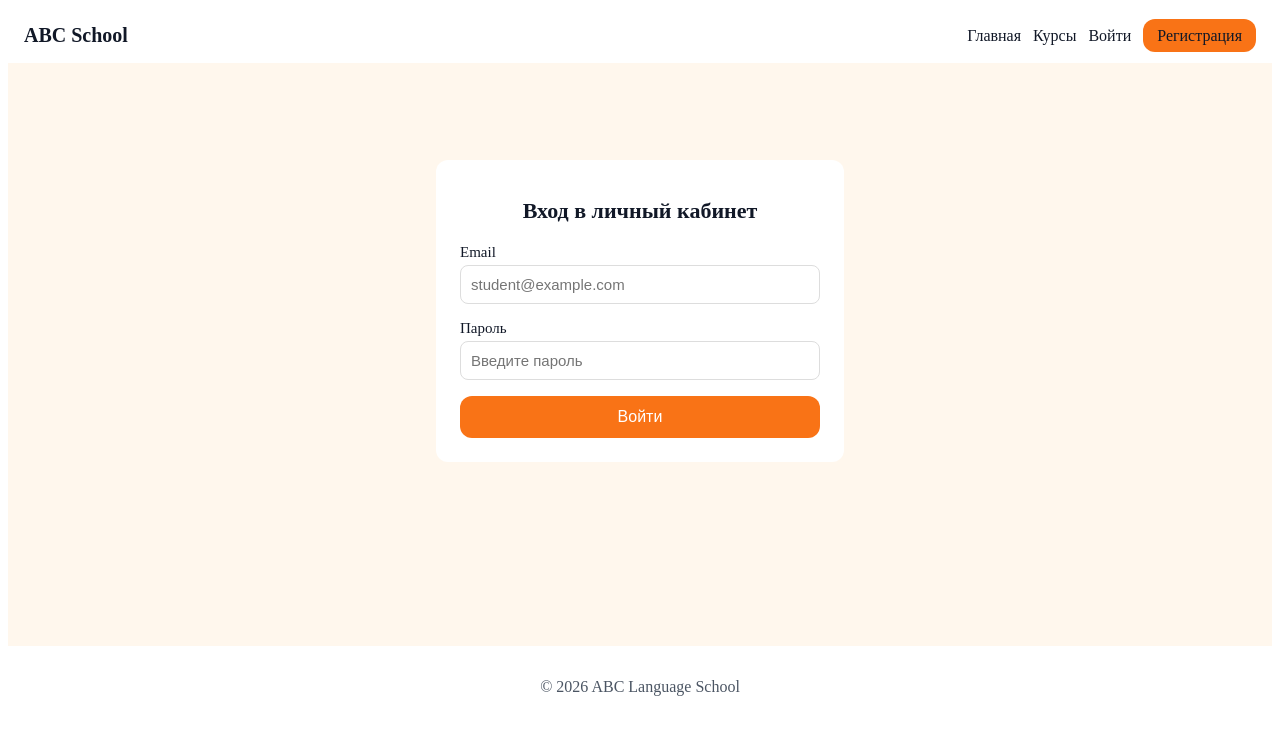
Repository: vidergooold/abc-language-school
Page: /login (app in frontend/)
The author's editor kept a copy of each file at every save. The page is drawn from the files as they stood at one save, then again after the next save.
The browser window is 1280 px wide. The pictures show the whole page.
The project was rebuilt for these pictures with package versions that can differ from the ones it lists, and the page was loaded fresh each time. Also part of the build but not shown: frontend/vite.config.ts, frontend/src/components/ui/BaseButton.vue, frontend/src/stores/enrollment.ts, frontend/src/components/home/LeadForm.vue, frontend/src/components/home/HeroSection.vue, frontend/src/components/home/StatsBlock.vue, frontend/src/components/home/CoursesPreview.vue, frontend/src/pages/Home.vue and 8 more.

Above is the page before, as saved 2026-01-10 19:01:40.

### frontend/src/main.ts
import { createApp } from 'vue'
import App from './App.vue'
import router from './router'
import './styles/theme.css'

import { createPinia } from 'pinia'

const pinia = createPinia()

createApp(App)
  .use(router)
  .use(pinia)
  .mount('#app')

### frontend/src/App.vue
<template>
  <div class="app">
    <Header />
    <main class="app-main">
      <router-view />
    </main>
    <Footer />
    <ScrollToTop />
  </div>
</template>

<script setup lang="ts">
import Header from './components/layout/Header.vue'
import Footer from './components/layout/Footer.vue'
import ScrollToTop from './components/ui/ScrollToTop.vue'
</script>

<style scoped>
.app {
  min-height: 100vh;
  display: flex;
  flex-direction: column;
  background: var(--bg-main);
  color: var(--text-main);
  font-size: var(--font-size-base);
}

.app-main {
  flex: 1;
  padding: 16px;
}
</style>

### frontend/src/router/index.ts
import { createRouter, createWebHistory } from 'vue-router'

import Home from '@/pages/Home.vue'
import Courses from '@/pages/Courses.vue'
import Login from '@/pages/Login.vue'
import Register from '@/pages/Register.vue' // 🔹 новый импорт

import AccountLayout from '@/components/layout/AccountLayout.vue'
import Profile from '@/pages/account/Profile.vue'

import { useAuthStore } from '@/stores/auth'

const router = createRouter({
  history: createWebHistory(),
  routes: [
    {
      path: '/',
      component: Home,
    },
    {
      path: '/courses',
      component: Courses,
    },
    {
      path: '/login',
      component: Login,
    },
    {
      path: '/register',          // 🔹 маршрут регистрации
      component: Register,
    },
    {
      path: '/account',
      component: AccountLayout,
      meta: { requiresAuth: true },
      children: [
        {
          path: '',
          component: Profile,
        },
      ],
    },
  ],
})

/**
 * Глобальная защита маршрутов
 */
router.beforeEach((to) => {
  const auth = useAuthStore()

  if (to.meta.requiresAuth && !auth.token) {
    return '/login'
  }
})

export default router

### frontend/src/styles/theme.css
:root {
  /* Brand */
  --brand-orange: #F97316;
  --brand-red: #EF4444;
  --brand-yellow: #FACC15;
  --font-size-base: 16px;
  --font-size-title: 28px;

  /* Backgrounds */
  --bg-main: #FFF7ED;
  --bg-white: #ffffff;

  /* Text */
  --text-main: #111827;
  --text-secondary: #4B5563;

  /* UI */
  --border-radius: 12px;
  --transition: 0.2s ease-in-out;
}

### frontend/src/components/layout/Header.vue
<template>
  <header class="header">
    <div class="logo">ABC School</div>
    <nav class="nav">
      <RouterLink to="/">Главная</RouterLink>
      <RouterLink to="/courses">Курсы</RouterLink>
      <RouterLink to="/login">Войти</RouterLink>
      <RouterLink to="/register" class="cta">Регистрация</RouterLink>
    </nav>
  </header>
</template>

<script setup lang="ts">
import { RouterLink } from 'vue-router'
</script>

<style scoped>
.header {
  display: flex;
  justify-content: space-between;
  align-items: center;
  padding: 16px;
  background: var(--bg-white);
}

.logo {
  font-weight: 700;
  font-size: 20px;
}

.nav a {
  margin-left: 12px;
  text-decoration: none;
  color: var(--text-main);
  font-size: 16px;
}

.cta {
  padding: 8px 14px;
  background: var(--brand-orange);
  color: white;
  border-radius: var(--border-radius);
}
</style>

### frontend/src/components/layout/Footer.vue
<template>
  <footer class="footer">
    <p>© 2026 ABC Language School</p>
  </footer>
</template>

<style scoped>
.footer {
  padding: 16px;
  text-align: center;
  color: var(--text-secondary);
  background: var(--bg-white);
}
</style>

### frontend/src/components/ui/ScrollToTop.vue
<template>
  <button
    v-if="visible"
    class="scroll-top"
    @click="scrollToTop"
    aria-label="Наверх"
  >
    ↑
  </button>
</template>

<script setup lang="ts">
import { onMounted, onBeforeUnmount, ref } from 'vue'

const visible = ref(false)

function onScroll() {
  visible.value = window.scrollY > 300
}

function scrollToTop() {
  window.scrollTo({ top: 0, behavior: 'smooth' })
}

onMounted(() => {
  window.addEventListener('scroll', onScroll)
})

onBeforeUnmount(() => {
  window.removeEventListener('scroll', onScroll)
})
</script>

<style scoped>
.scroll-top {
  position: fixed;
  right: 16px;
  bottom: 24px;
  width: 40px;
  height: 40px;
  border-radius: 999px;
  border: none;
  background: var(--brand-orange);
  color: #fff;
  font-size: 22px;
  cursor: pointer;
  box-shadow: 0 4px 10px rgba(0, 0, 0, 0.2);
}
</style>

### frontend/src/pages/Login.vue
<template>
  <main class="login-page">
    <form class="login-form" @submit.prevent="submit">
      <h1 class="login-title">Вход в личный кабинет</h1>

      <div class="field">
        <label>Email</label>
        <input
          v-model="email"
          type="email"
          placeholder="student@example.com"
          required
        />
      </div>

      <div class="field">
        <label>Пароль</label>
        <input
          v-model="password"
          type="password"
          placeholder="Введите пароль"
          required
        />
      </div>

      <button class="login-btn" type="submit">
        Войти
      </button>

      <p v-if="error" class="error">
        {{ error }}
      </p>
    </form>
  </main>
</template>

<script setup lang="ts">
import { ref } from 'vue'
import { useRouter } from 'vue-router'
import { useAuthStore } from '@/stores/auth'

const email = ref('')
const password = ref('')

const error = ref<string | null>(null)

const authStore = useAuthStore()
const router = useRouter()

async function submit() {
  error.value = null

  try {
    await authStore.login(email.value, password.value)
    router.push('/account')
  } catch (e) {
    error.value = 'Неверный email или пароль'
  }
}
</script>

<style scoped>
.login-page {
  min-height: 60vh;
  display: flex;
  align-items: center;
  justify-content: center;
  padding: 16px;
}

.login-form {
  width: 100%;
  max-width: 360px;
  background: var(--bg-white);
  padding: 24px;
  border-radius: var(--border-radius);
}

.login-title {
  font-size: 22px;
  margin-bottom: 20px;
  text-align: center;
}

.field {
  display: flex;
  flex-direction: column;
  margin-bottom: 16px;
}

.field label {
  font-size: 15px;
  margin-bottom: 4px;
}

.field input {
  padding: 10px;
  border-radius: 8px;
  border: 1px solid #ddd;
  font-size: 15px;
}

.login-btn {
  width: 100%;
  padding: 12px;
  background: var(--brand-orange);
  color: #fff;
  border: none;
  border-radius: var(--border-radius);
  font-size: 16px;
  cursor: pointer;
}

.error {
  margin-top: 12px;
  color: var(--brand-red);
  font-size: 15px;
  text-align: center;
}
</style>

### frontend/src/stores/auth.ts
import { defineStore } from 'pinia'
import http from '@/api/http'

export const useAuthStore = defineStore('auth', {
  state: () => ({
    token: localStorage.getItem('token') as string | null,
  }),

  actions: {
    async login(email: string, password: string) {
      const res = await http.post('/auth/login', { email, password })
      this.token = res.data.access_token
      localStorage.setItem('token', this.token!)
    },
    logout() {
      this.token = null
      localStorage.removeItem('token')
    },
  },
})

### frontend/src/api/http.ts
import axios from 'axios'
import { useAuthStore } from '@/stores/auth'

const http = axios.create({
  baseURL: 'http://localhost:8000/api/v1',
  headers: {
    'Content-Type': 'application/json',
  },
})

// автоматически добавляем JWT, если есть
http.interceptors.request.use((config) => {
  const authStore = useAuthStore()
  if (authStore.token) {
    config.headers = config.headers || {}
    config.headers.Authorization = `Bearer ${authStore.token}`
  }
  return config
})

export default http

Loaded but not shown: frontend/index.html (common file)

After the next save:
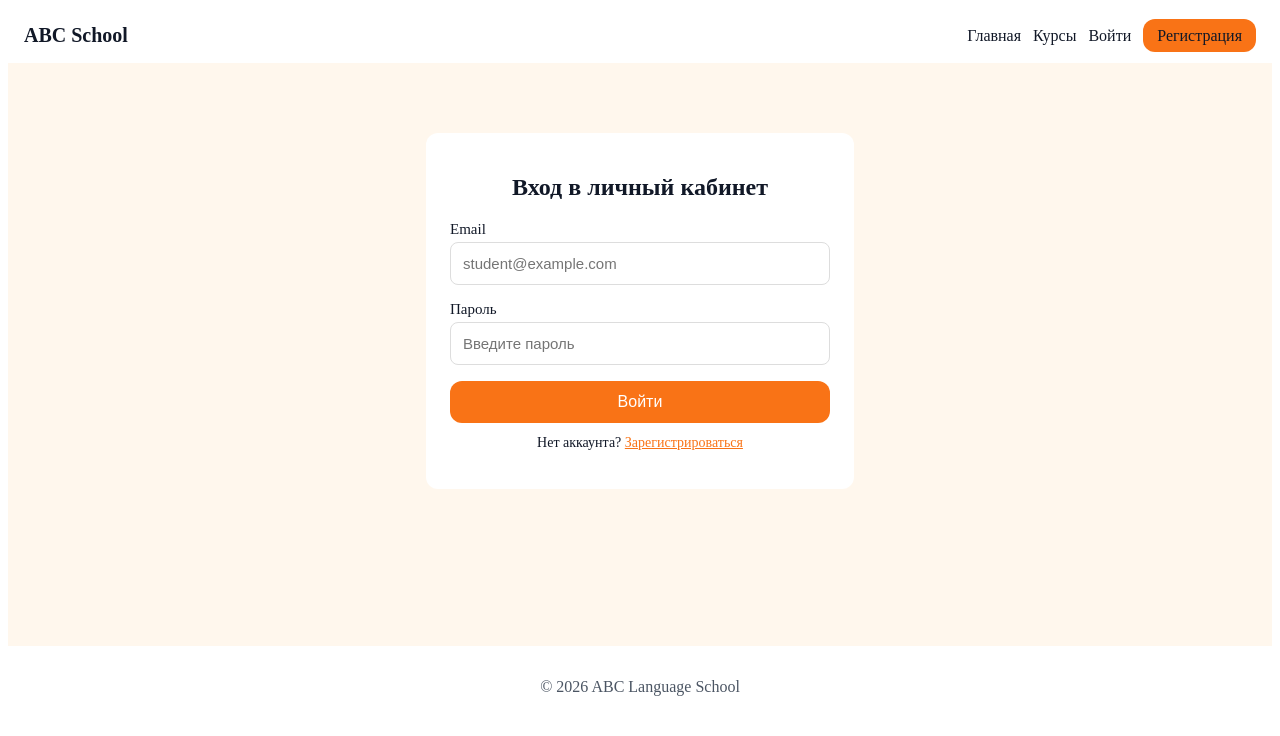
Saved 39 s later.
--- a/frontend/src/pages/Login.vue
+++ b/frontend/src/pages/Login.vue
@@ -30,18 +30,22 @@
       <p v-if="error" class="error">
         {{ error }}
       </p>
+
+      <p class="hint">
+        Нет аккаунта?
+        <RouterLink to="/register">Зарегистрироваться</RouterLink>
+      </p>
     </form>
   </main>
 </template>
 
 <script setup lang="ts">
 import { ref } from 'vue'
-import { useRouter } from 'vue-router'
+import { useRouter, RouterLink } from 'vue-router'
 import { useAuthStore } from '@/stores/auth'
 
 const email = ref('')
 const password = ref('')
-
 const error = ref<string | null>(null)
 
 const authStore = useAuthStore()
@@ -53,7 +57,7 @@ async function submit() {
   try {
     await authStore.login(email.value, password.value)
     router.push('/account')
-  } catch (e) {
+  } catch {
     error.value = 'Неверный email или пароль'
   }
 }
@@ -70,14 +74,14 @@ async function submit() {
 
 .login-form {
   width: 100%;
-  max-width: 360px;
+  max-width: 380px;
   background: var(--bg-white);
   padding: 24px;
   border-radius: var(--border-radius);
 }
 
 .login-title {
-  font-size: 22px;
+  font-size: 24px;
   margin-bottom: 20px;
   text-align: center;
 }
@@ -94,7 +98,7 @@ async function submit() {
 }
 
 .field input {
-  padding: 10px;
+  padding: 12px;
   border-radius: 8px;
   border: 1px solid #ddd;
   font-size: 15px;
@@ -114,7 +118,17 @@ async function submit() {
 .error {
   margin-top: 12px;
   color: var(--brand-red);
-  font-size: 15px;
+  font-size: 14px;
   text-align: center;
 }
+
+.hint {
+  margin-top: 12px;
+  font-size: 14px;
+  text-align: center;
+}
+
+.hint a {
+  color: var(--brand-orange);
+}
 </style>
